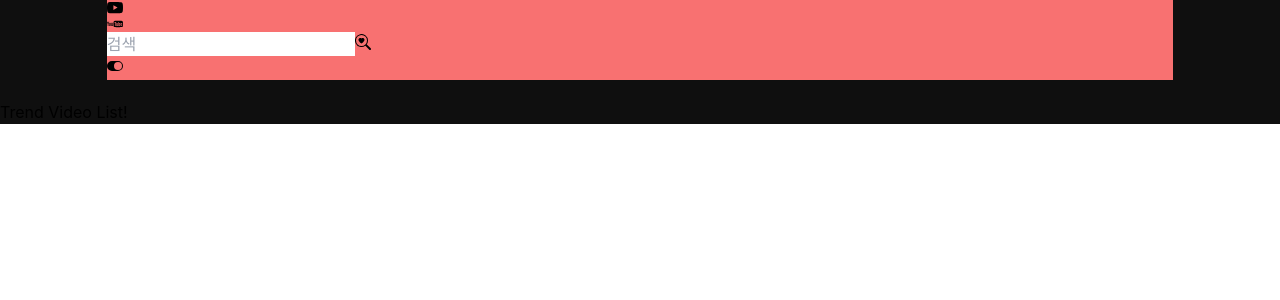
Repository: dnjfht/self-youtube
Page: /
The author's editor kept a copy of each file at every save. The page is drawn from the files as they stood at one save, then again after the next save.
The browser window is 1280 px wide. The pictures show the whole page.
The project was rebuilt for these pictures with package versions that can differ from the ones it lists, and the page was loaded fresh each time. Also part of the build but not shown: src/page/Detail.jsx, src/page/NotFoundPage.jsx.

Above is the page before, as saved 2023-06-23 15:24:53.

### src/App.js
import { RouterProvider, createBrowserRouter } from "react-router-dom";
import Videos from "./page/Videos";
import Root from "./page/Root";
import Detail from "./page/Detail";
import NotFoundPage from "./page/NotFoundPage";

function App() {
  const router = createBrowserRouter([
    {
      path: "/",
      element: <Root />,
      children: [
        { index: true, element: <Videos /> },
        { path: "/videos", element: <Videos /> },
        { path: "/videos/:keyword", element: <Videos /> },
        { path: "/videos/watch/:videoId", element: <Detail /> },
        { path: "*", element: <NotFoundPage /> },
      ],
    },
  ]);
  return <RouterProvider router={router} />;
}

export default App;

### src/page/Videos.jsx
import React, { useContext } from "react";
import { useParams } from "react-router-dom";
import { DarkModeContext } from "../context/DarkModeContext";

export default function Home() {
  const { keyword } = useParams();
  console.log(keyword);

  const { darkMode } = useContext(DarkModeContext);

  return (
    <div className={`${darkMode ? "bg-[#0f0f0f]" : "bg-[#ffc2c29c]"}`}>
      <h2>{keyword ? `${keyword} Video List!` : "Trend Video List!"}</h2>
    </div>
  );
}

### src/page/Root.jsx
import React from "react";
import Navbar from "../components/Navbar";
import { Outlet } from "react-router-dom";
import { DarkModeProvider } from "../context/DarkModeContext";

export default function Root() {
  return (
    <DarkModeProvider>
      <div>
        <Navbar />
        <Outlet />
      </div>
    </DarkModeProvider>
  );
}

### src/context/DarkModeContext.js
import { createContext, useState } from "react";

export const DarkModeContext = createContext();

export function DarkModeProvider({ children }) {
  const [darkMode, setDarkMode] = useState(true);

  const toggleDarkMode = () => {
    setDarkMode((prev) => !prev);
  };

  return (
    <DarkModeContext.Provider value={{ darkMode, toggleDarkMode }}>
      {children}
    </DarkModeContext.Provider>
  );
}

### src/components/Navbar.jsx
import React, { useContext, useState } from "react";
import {
  BsYoutube,
  BsSearchHeart,
  BsToggleOff,
  BsToggleOn,
} from "react-icons/bs";
import { ImYoutube2 } from "react-icons/im";
import { DarkModeContext } from "../context/DarkModeContext";
import { useNavigate } from "react-router-dom";

export default function Navbar() {
  const { darkMode, toggleDarkMode } = useContext(DarkModeContext);
  const [text, setText] = useState("");
  console.log(text);

  const navigate = useNavigate();

  return (
    <div
      className={`${
        darkMode ? "bg-[#0f0f0f]" : "bg-[#ffc2c29c]"
      } w-full h-[100px]`}
    >
      <div className="w-10/12 mx-auto bg-red-400">
        <div>
          <BsYoutube />
          <ImYoutube2 />
        </div>

        <form
          onSubmit={(e) => {
            e.preventDefault();
            navigate(`/videos/${text}`);
          }}
        >
          <input
            type="text"
            placeholder="검색"
            onChange={(e) => {
              setText(e.target.value);
            }}
          />
          <button>
            <BsSearchHeart />
          </button>
        </form>

        <button onClick={toggleDarkMode}>
          {darkMode ? <BsToggleOn /> : <BsToggleOff />}
        </button>
      </div>
    </div>
  );
}

Loaded but not shown: public/index.html (common file); src/index.js (common file); src/index.css (common file); src/reportWebVitals.js (common file); tailwind.config.js (common file)

After the next save:
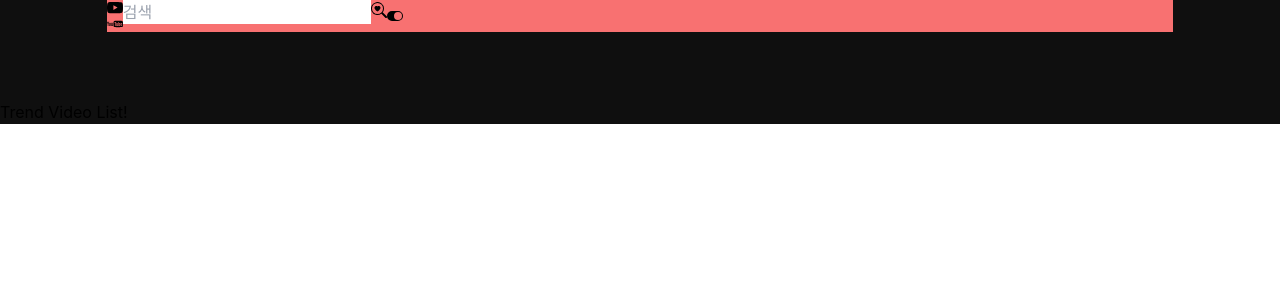
Saved 8 s later.
--- a/src/components/Navbar.jsx
+++ b/src/components/Navbar.jsx
@@ -22,7 +22,7 @@
         darkMode ? "bg-[#0f0f0f]" : "bg-[#ffc2c29c]"
       } w-full h-[100px]`}
     >
-      <div className="w-10/12 mx-auto bg-red-400">
+      <div className="w-10/12 mx-auto bg-red-400 flex">
         <div>
           <BsYoutube />
           <ImYoutube2 />
